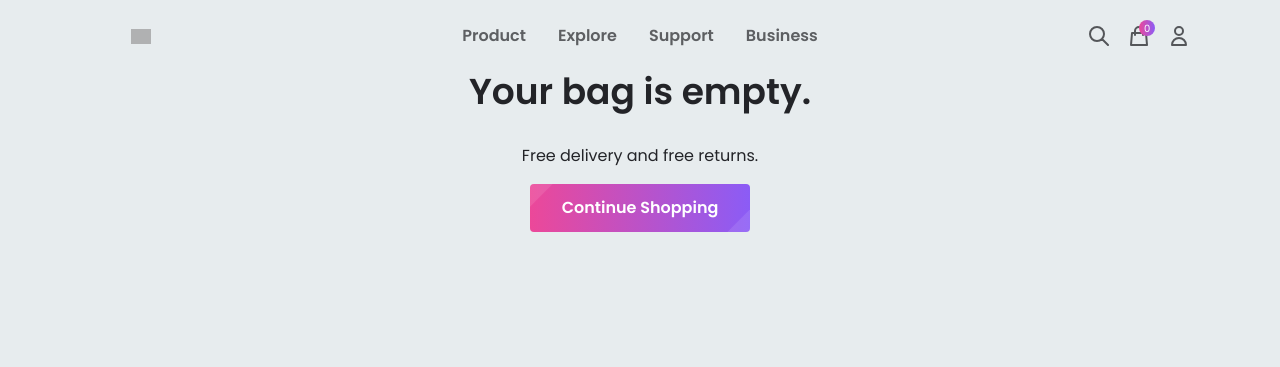
Repository: aliamini1422/semiAppleSite
Page: /checkout
An editor plug-in stored every save of this project. The page is shown before and after the next save, followed by the edit.
The browser window is 1280 px wide. The pictures show the whole page.
Pictures or frames that could not be fetched are drawn as grey boxes. The page's requests for data from a server got no answer. The project was rebuilt for these pictures with package versions that can differ from the ones it lists, and the page was loaded fresh each time. The framework's server and built-in components were replaced by stand-ins that run in the browser. No one was signed in, and anything a server would have sent is missing. Also part of the build but not shown: next.config.js, sanity.js, components/CheckoutProduct.tsx.

Above is the page before, as saved 2022-09-05 02:30:40.

After the next save:
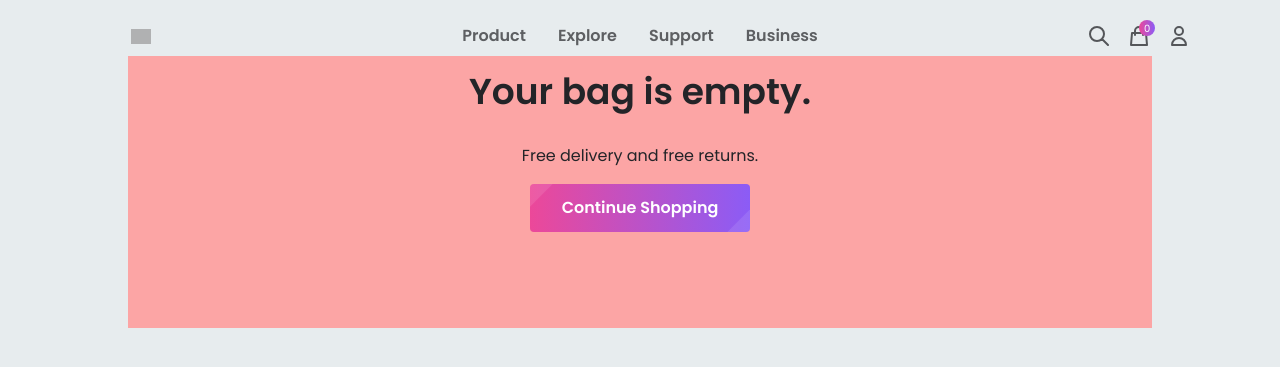
Saved 16 s later.
--- a/pages/checkout.tsx
+++ b/pages/checkout.tsx
@@ -26,7 +26,7 @@ function checkout() {
   return (
     <div className='min-h-screen overflow-hidden bg-[#E7ECEE]'>
         <Header />
-        <main className='mx-auto max-w-5xl pb-24 lg:flex lg:flex-col lg:items-center lg:flex-1'>
+        <main className='mx-auto bg-red-300 max-w-5xl pb-24 lg:flex lg:flex-col lg:items-center lg:flex-1'>
             <div className='px-5 '>
                 <h1 className='my-4 text-3xl font-semibold lg:text-4xl'>{items.length > 0 ? "Review your bag" : "Your bag is empty."}</h1>
             </div>
